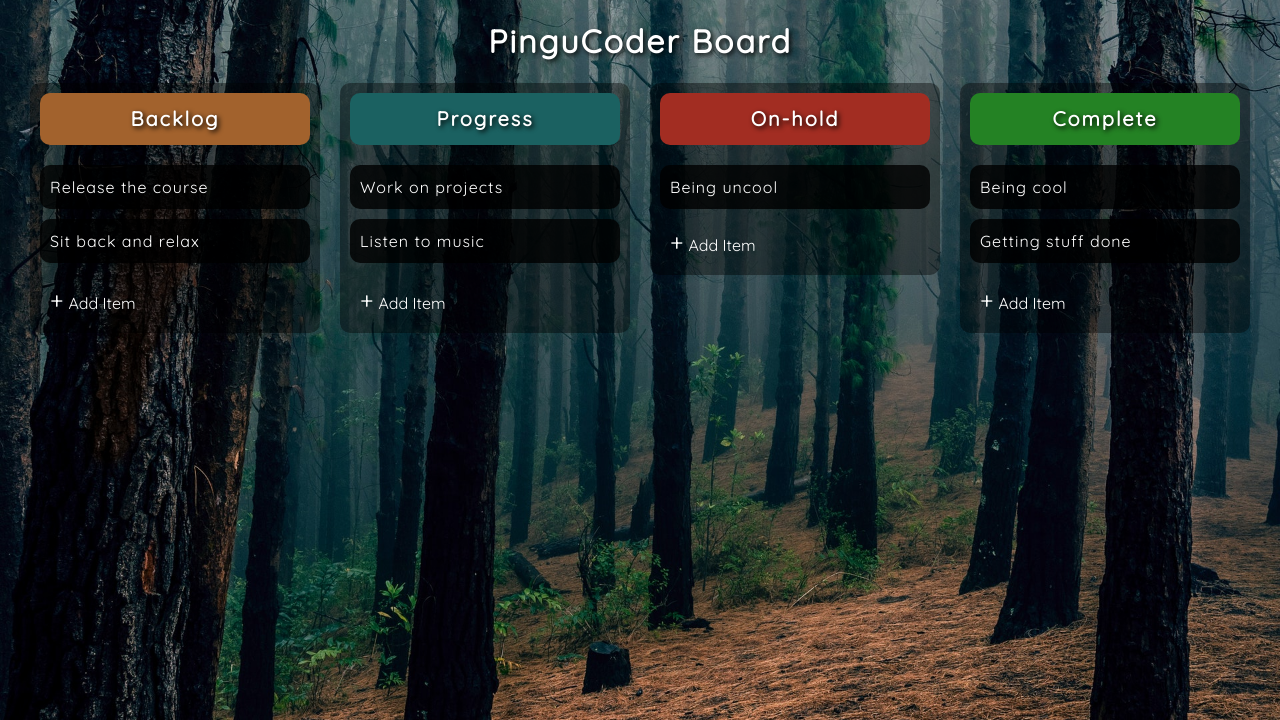
Repository: chanwarichawki/6Drag-And-Drop
Page: index.html
The author's editor kept a copy of each file at every save. The page is drawn from the files as they stood at one save, then again after the next save.
The browser window is 1280 px wide. The pictures show the whole page.

Above is the page before, as saved 2023-12-26 18:36:16.

### index.html
<!DOCTYPE html>
<html lang="en">
<head>
    <meta charset="UTF-8">
    <meta name="viewport" content="width=device-width, initial-scale=1.0">
    <title>Drag and Drop</title>
    <link rel="icon" type="image/png" href="favicon.png">
    <link rel="stylesheet" href="style.css">
</head>
<body>
    <h1 class="main-title">PinguCoder Board</h1>
    <div class="drag-container">
      <ul class="drag-list">
        <!-- backLog column -->
        <li class="drag-column backlog-column">
        <span class="header">
          <h1>Backlog</h1>
        </span>
        <!-- backLog content -->
        <div id="backlog-content" class="custom-scroll">
          <ul class="drag-item-list" id="backlog-list">
            <!-- <li class="drag-item">testing</li>
            <li class="drag-item">testing</li>
            <li class="drag-item">testing</li> -->
          </ul>
        </div>
        <!-- add button group -->
        <div class="add-btn-group">
          <div class="add-btn">
            <span class="plus-sign">+</span>
            <span>Add Item</span>
          </div>
          <div class="add-btn solid">
            <span>Sve Item</span>
          </div>
          <div class="add-container">
            <div class="add-item"></div>
          </div>
        </div>
      </li>


        <!-- progress column -->
        <li class="drag-column progress-column">
        <span class="header">
          <h1>Progress</h1>
        </span>
        <!-- progress content -->
        <div id="progress-content" class="custom-scroll">
          <ul class="drag-item-list" id="progress-list">
            <!-- <li class="drag-item">testing</li>
            <li class="drag-item">testing</li>
            <li class="drag-item">testing</li> -->
          </ul>
        </div>
        <!-- add button group -->
        <div class="add-btn-group">
          <div class="add-btn">
            <span class="plus-sign">+</span>
            <span>Add Item</span>
          </div>
          <div class="add-btn solid">
            <span>Sve Item</span>
          </div>
          <div class="add-container">
            <div class="add-item"></div>
          </div>
        </div>
      </li>


        <!-- on-hold column -->
        <li class="drag-column on-hold-column">
        <span class="header">
          <h1>On-hold</h1>
        </span>
        <!-- on-hold content -->
        <div id="on-hold-content" class="custom-scroll">
          <ul class="drag-item-list" id="on-hold-list">
            <!-- <li class="drag-item">testing</li>
            <li class="drag-item">testing</li>
            <li class="drag-item">testing</li> -->
          </ul>
        </div>
        <!-- add button group -->
        <div class="add-btn-group">
          <div class="add-btn">
            <span class="plus-sign">+</span>
            <span>Add Item</span>
          </div>
          <div class="add-btn solid">
            <span>Sve Item</span>
          </div>
          <div class="add-container">
            <div class="add-item"></div>
          </div>
        </div>
      </li>


        <!-- complete column -->
        <li class="drag-column complete-column">
        <span class="header">
          <h1>Complete</h1>
        </span>
        <!-- complete content -->
        <div id="complete-content" class="custom-scroll">
          <ul class="drag-item-list" id="complete-list">
            <!-- <li class="drag-item">testing</li>
            <li class="drag-item">testing</li>
            <li class="drag-item">testing</li> -->
            <li class="drag-item">Lorem ipsum dolor sit, amet consectetur adipisicing elit. Officia placeat sit iure deleniti reprehenderit non hic ea asperiores voluptates quod dignissimos, nulla ab veritatis? Vero iure sequi neque facere consectetur.
            Sit explicabo fugiat obcaecati voluptates vitae non, quia laboriosam, libero rem odit perferendis excepturi ex totam? Dolor molestias, qui dignissimos minima nulla, optio maiores minus modi commodi alias vitae pariatur?
            Voluptates, modi eum consequatur facilis asperiores assumenda repellendus laboriosam eligendi sunt quos ut, cum, numquam mollitia fugiat provident alias id adipisci! Culpa adipisci explicabo, voluptatibus nulla quaerat voluptatem ab mollitia?
            Ab ad repellendus labore incidunt ducimus officia vero sequi. Sint harum reprehenderit non quia quibusdam at dignissimos assumenda illum, ipsum voluptatem sed provident iusto pariatur ut nisi et illo quae.</li>
          </ul>
        </div>
        <!-- add button group -->
        <div class="add-btn-group">
          <div class="add-btn">
            <span class="plus-sign">+</span>
            <span>Add Item</span>
          </div>
          <div class="add-btn solid">
            <span>Sve Item</span>
          </div>
          <div class="add-container">
            <div class="add-item"></div>
          </div>
        </div>
      </li>


      </ul>
    </div>
    <!-- Script -->
    <script src="script.js"></script>
</body>
</html>

### style.css
/* Trees Image - Pexels: https://www.pexels.com/photo/photo-of-trees-in-forest-3801030/ */
@import url("https://fonts.googleapis.com/css?family=Quicksand&display=swap");

html {
  box-sizing: border-box;
}

:root {
  --column-1: #a2622d;
  --column-2: #1b6161;
  --column-3: #248224;
  --column-4: #a22d22;
}

body {
  margin: 0;
  background: url("./trees.jpg");
  background-size: cover;
  background-position: 50% 60%;
  background-attachment: fixed;
  color: white;
  font-family: Quicksand, sans-serif;
  overflow-y: hidden;
}

h1 {
  letter-spacing: 2px;
  text-shadow: 2px 2px 5px black;
}

.main-title {
  text-align: center;
  font-size: 3rem;
}

ul {
  list-style-type: none;
  margin: 0;
  padding: 0;
}

.drag-container {
  margin: 20px;
}

.drag-list {
  display: flex;
  align-items: flex-start;
}

/* Columns */
.drag-column {
  flex: 1;
  margin: 0 10px;
  position: relative;
  background-color: rgba(0, 0, 0, 0.4);
  border-radius: 10px;
  overflow-x: hidden;
}

.backlog-column .header,
.backlog-column .solid,
.backlog-column .solid:hover,
.backlog-column .over {
  background-color: var(--column-1);
}

.progress-column .header,
.progress-column .solid,
.progress-column .solid:hover,
.progress-column .over {
  background-color: var(--column-2);
}

.complete-column .header,
.complete-column .solid,
.complete-column .solid:hover,
.complete-column .over {
  background-color: var(--column-3);
}

.on-hold-column .header,
.on-hold-column .solid,
.on-hold-column .solid:hover,
.on-hold-column .over {
  background-color: var(--column-4);
}

/* Custom Scrollbar */
.custom-scroll {
  overflow-y: auto;
  max-height: 52vh;
}

.custom-scroll::-webkit-scrollbar-track {
  box-shadow: inset 0 0 6px rgba(0, 0, 0, 0.4);
  border-radius: 10px;
  background-color: rgba(255, 255, 255, 0.3);
  margin-right: 5px;
}

.custom-scroll::-webkit-scrollbar {
  width: 10px;
}

.custom-scroll::-webkit-scrollbar-thumb {
  border-radius: 10px;
  box-shadow: inset 0 0 6px rgba(0, 0, 0, 0.3);
  background-color: rgba(0, 0, 0, 0.8);
}

.header {
  display: flex;
  justify-content: center;
  border-radius: 10px;
  margin: 10px;
}

.header h1 {
  font-size: 1.25rem;
}

/* Drag and Drop */
.over {
  padding: 50px 10px;
}

.drag-item-list {
  min-height: 50px;
}

.drag-item {
  margin: 10px;
  padding: 10px;
  height: fit-content;
  background-color: rgba(0, 0, 0, 0.8);
  border-radius: 10px;
  line-height: 1.5rem;
  letter-spacing: 1px;
  cursor: pointer;
}

.drag-item:focus {
  outline: none;
  background-color: white;
  color: black;
}

/* Add Button Group */
.add-btn-group {
  display: flex;
  justify-content: space-between;
}

.add-btn {
  margin: 10px;
  padding: 5px 10px;
  display: flex;
  align-items: center;
  cursor: pointer;
  width: fit-content;
  border-radius: 5px;
  transition: all 0.3s ease-in;
  user-select: none;
}

.add-btn:hover {
  background-color: rgba(255, 255, 255, 0.9);
  color: black;
}

.add-btn:active {
  transform: scale(0.97);
}

.solid {
  display: none;
}

.solid:hover {
  transition: unset;
  filter: brightness(95%);
  color: white;
}

.plus-sign {
  font-size: 1.5rem;
  margin-right: 5px;
  position: relative;
  top: -3px;
}

.add-container {
  margin: 10px;
  padding: 5px 10px;
  border-radius: 10px;
  background-color: rgba(255, 255, 255, 0.9);
  min-height: 100px;
  display: none;
}

.add-item {
  width: 100%;
  min-height: 100px;
  height: auto;
  background-color: white;
  border-radius: 10px;
  margin: 5px auto;
  resize: none;
  color: black;
  padding: 10px;
}

.add-item:focus {
  outline: none;
}

/* Media Query: Laptop */
@media screen and (max-width: 1800px) {
  .main-title {
    font-size: 2rem;
  }
}

/* Media Query: Large Smartphone (Vertical) */
@media screen and (max-width: 600px) {
  body {
    overflow-y: auto;
  }

  .drag-container {
    margin: 0;
  }

  .drag-list {
    display: block;
  }

  .drag-column {
    margin: 10px;
  }
}

### script.js
const addBtns = document.querySelectorAll('.add-btn:not(.solid)');
const saveItemBtns = document.querySelectorAll('.solid');
const addItemContainers = document.querySelectorAll('.add-container');
const addItems = document.querySelectorAll('.add-item');
// Item Lists
const itemLists = document.querySelectorAll('.drag-item-list');
const backlogList = document.getElementById('backlog-list');
const progressList = document.getElementById('progress-list');
const completeList = document.getElementById('complete-list');
const onHoldList = document.getElementById('on-hold-list');

// Items
let updatedOnLoad = false;

// Initialize Arrays
let backlogListArray = [];
let progressListArray = [];
let completeListArray = [];
let onHoldListArray = [];
let listArrays = [];

// Drag Functionality


// Get Arrays from localStorage if available, set default values if not
function getSavedColumns() {
  if (localStorage.getItem('backlogItems')) {
    backlogListArray = JSON.parse(localStorage.backlogItems);
    progressListArray = JSON.parse(localStorage.progressItems);
    completeListArray = JSON.parse(localStorage.completeItems);
    onHoldListArray = JSON.parse(localStorage.onHoldItems);
  } else {
    backlogListArray = ['Release the course', 'Sit back and relax'];
    progressListArray = ['Work on projects', 'Listen to music'];
    completeListArray = ['Being cool', 'Getting stuff done'];
    onHoldListArray = ['Being uncool'];
  }
}

//getSavedColumns();
//updateSavedColumns();



// Set localStorage Arrays
function updateSavedColumns() {
  //localStorage.setItem('backlogItems', JSON.stringify(backlogListArray));
  //localStorage.setItem('progressItems', JSON.stringify(progressListArray));
  //localStorage.setItem('completeItems', JSON.stringify(completeListArray));
  //localStorage.setItem('onHoldItems', JSON.stringify(onHoldListArray));
  listArrays = [backlogListArray, progressListArray, completeListArray, onHoldListArray]
  const arrayNames = ['backlog', 'progress', 'complete', 'onHold'];
  arrayNames.forEach((arrayName, index) => {
    localStorage.setItem(`${arrayName}Items`, JSON.stringify(listArrays[index]))
  })
}

// Create DOM Elements for each list item
function createItemEl(columnEl, column, item, index) {

  //console.log('columnEl:', columnEl);
  //console.log('column:', column);
  //console.log('item:', item);
  //console.log('index:', index);

  // List Item
  const listEl = document.createElement('li');
  listEl.classList.add('drag-item');
  listEl.textContent = item;
  //append
  columnEl.appendChild(listEl)
}

// Update Columns in DOM - Reset HTML, Filter Array, Update localStorage
function updateDOM() {
  // Check localStorage once
   if (!updatedOnLoad) {
    getSavedColumns();
   }
  // Backlog Column
    backlogList.textContent = '';
    backlogListArray.forEach((backlogItems, index) => {
      createItemEl(backlogList, 0, backlogItems, index);
    })
  // Progress Column
    progressList.textContent = '';
    progressListArray.forEach((progressItems, index) => {
      createItemEl(progressList, 0, progressItems, index);
    })
  // Complete Column
    completeList.textContent = '';
    completeListArray.forEach((completeItems, index) => {
      createItemEl(completeList, 0, completeItems, index);
  })
  // On Hold Column
     onHoldList.textContent = '';
     onHoldListArray.forEach((onHoldItems, index) => {
      createItemEl(onHoldList, 0, onHoldItems, index);
    })
  // Run getSavedColumns only once, Update Local Storage

}

// on load
updateDOM();

After the next save:
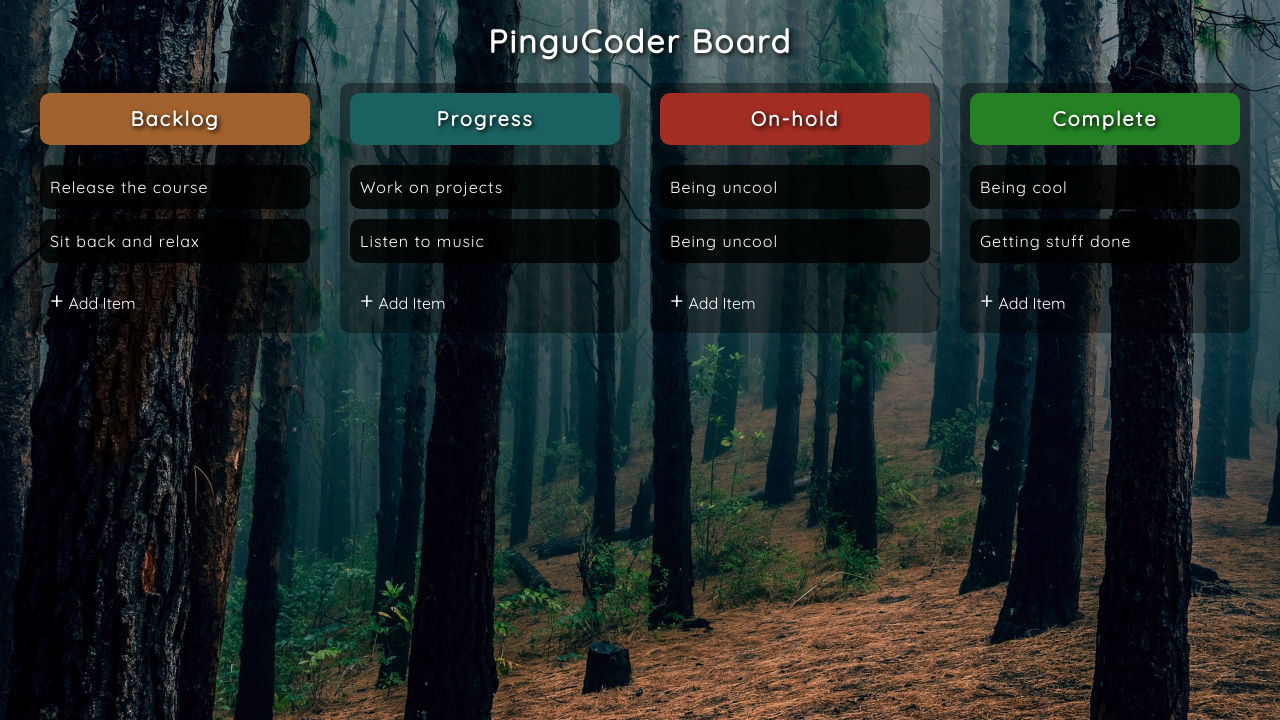
Saved 12 s later.
--- a/script.js
+++ b/script.js
@@ -33,7 +33,7 @@
     backlogListArray = ['Release the course', 'Sit back and relax'];
     progressListArray = ['Work on projects', 'Listen to music'];
     completeListArray = ['Being cool', 'Getting stuff done'];
-    onHoldListArray = ['Being uncool'];
+    onHoldListArray = ['Being uncool','Being uncool' ];
   }
 }
 

After the 2 saves that followed:
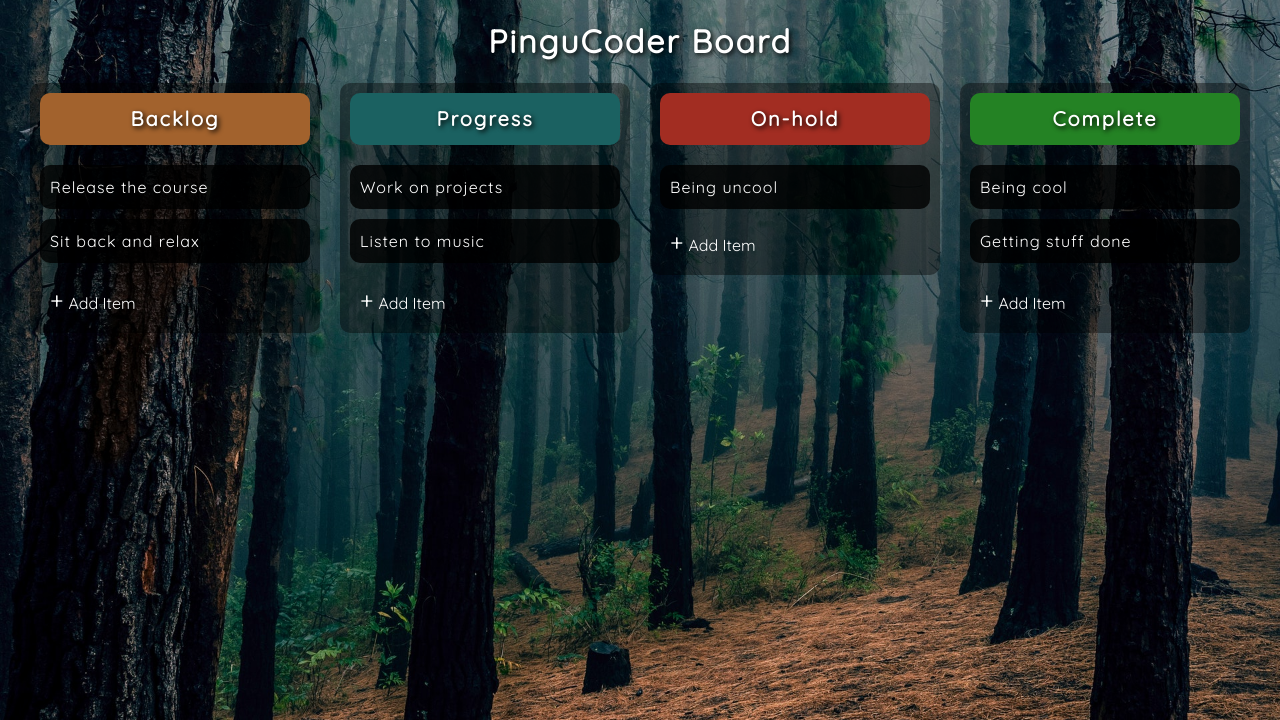
The 2 saves are shown as one change because they came seconds apart.
The last was saved 8 s later.
--- a/script.js
+++ b/script.js
@@ -33,7 +33,7 @@
     backlogListArray = ['Release the course', 'Sit back and relax'];
     progressListArray = ['Work on projects', 'Listen to music'];
     completeListArray = ['Being cool', 'Getting stuff done'];
-    onHoldListArray = ['Being uncool','Being uncool' ];
+    onHoldListArray = ['Being uncool'];
   }
 }
 
